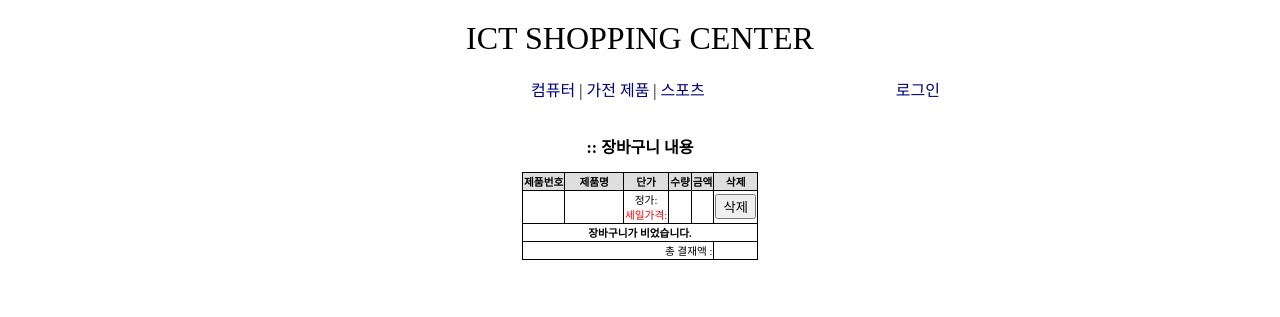
Repository: xlz5000/ICT
Page: http://localhost/spring_mvc02/WEB-INF/views/day08/cartList.jsp
These files come from the project's save history. The page is drawn as it stood at one moment and after the next save; the edit follows.
The browser window is 1280 px wide. The pictures show the whole page.
The page is served by Tomcat 9. Nobody is signed in. The template is opened directly, without the code that normally fills it, so the values that code supplies are empty.

Above is the page before, as saved 2025-04-17 03:12:34.

After the next save:
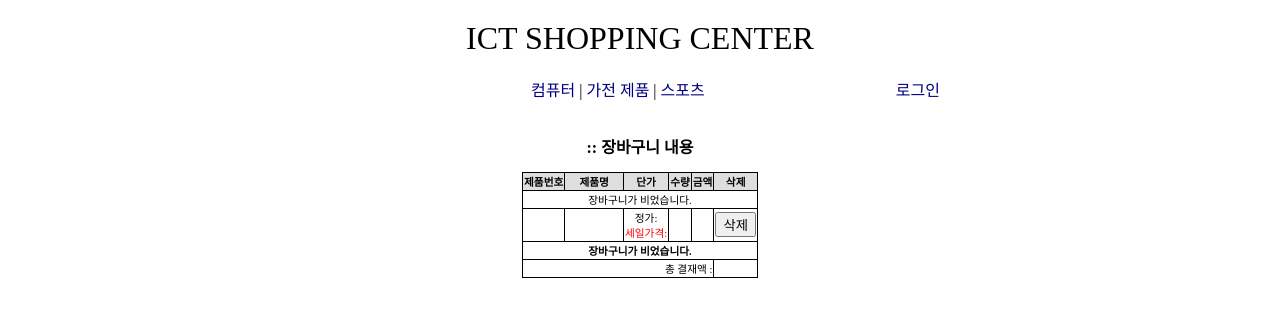
Saved 3 min 8 s later.
--- a/spring_mvc02/src/main/webapp/WEB-INF/views/day08/cartList.jsp
+++ b/spring_mvc02/src/main/webapp/WEB-INF/views/day08/cartList.jsp
@@ -40,7 +40,7 @@ table, th, td {
 		<tbody>
 			<c:choose>
 				<c:when test="${empty cart_list}">
-
+					<tr><td colspan="6"><span>장바구니가 비었습니다.</span></td></tr>
 				</c:when>
 				<c:otherwise>
 
